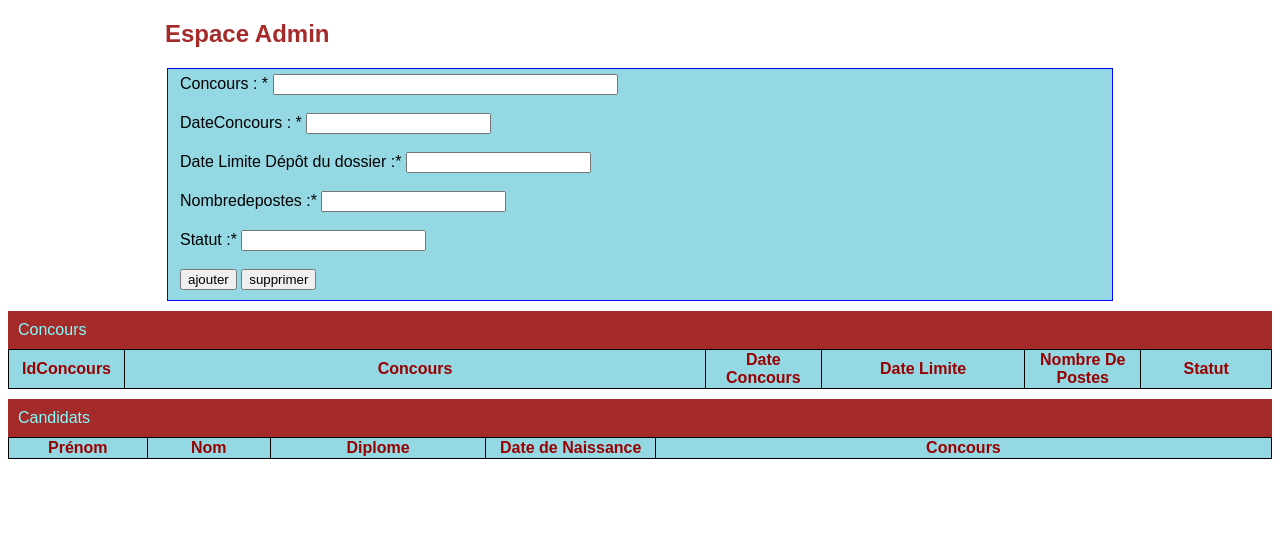
Repository: yahouari/Stage2019
Page: http://localhost/test/Gestion.jsp
The author's editor kept a copy of each file at every save. The page is drawn from the files as they stood at one save, then again after the next save.
The browser window is 1280 px wide. The pictures show the whole page.
The page is served by Tomcat 9. Other server files are loaded and not shown. Queries for data that is not in the repository find no rows.

Above is the page before, as saved 2019-07-29 09:16:22.

### test/WebContent/Gestion.jsp
<%@ page pageEncoding="UTF-8" %>
<!DOCTYPE html>
<html>
<head>
		<meta charset="utf-8" />
		<link type="text/css" rel="stylesheet" href="inc/gest.css" />
        <title> Espace Admin</title>
</head>
<body>

        <div>
            <form method="get" action="GestionServlet">
            <h2><font color="brown"> Espace Admin</font></h2>

			  <fieldset>

			  <label for="Concours">Concours : <span class="requis">*</span></label>
              <input type="text" id="Concours" name="Concours" value="" size="40" maxlength="40" />
              <br />
              <br />

              <label for="DateConcours">DateConcours : <span class="requis">*</span></label>
              <input type="text" id="dateConcours" name="dateConcours" value="" size="20" maxlength="20" />
              <br />
              <br />

              <label for="DateLimite">Date Limite Dépôt du dossier :<span class="requis">*</span></label>
              <input type="text" id="DateLimite" name="DateLimite" value="" size="20" maxlength="20" />
              <br />
              <br />

              <label for="nombredepostes">Nombredepostes :<span class="requis">*</span></label>
              <input type="text" id="nombredepostes" name="nombredepostes" value="" size="20" maxlength="20" />
              <br />
              <br />
               <label for="statut">Statut :<span class="requis">*</span></label>
              <input type="text" id="statut" name="statut" value="" size="20" maxlength="20" />
              <br />
              <br />



              <input type="submit" value="ajouter"  />
              <form>


			  <input type="submit" value="supprimer"  />
			  </fieldset>

        </div>
         <legend>Concours</legend>

    <div >



              <table >
                    <tbody>
                    <tr bgcolor="#93d8e3" >
                    <th style="width:8%">IdConcours</th>

                    <th style="width:40%">Concours</th>
                    <th style="width:8%">Date Concours</th>
                    <th style="width:14%">Date Limite</th>
		            <th style="width:8%">Nombre De Postes</th>

		            <th style="width:9%">Statut</th>

                    </tr>
                    <%@page import="java.sql.Connection"%>
					<%@page import="java.sql.DriverManager"%>
					<%@page import="java.sql.PreparedStatement"%>
					<%@page import="java.sql.ResultSet"%>
                  <%
                try {
                	Class.forName("com.mysql.jdbc.Driver");

                    Connection cn = DriverManager.getConnection("jdbc:mysql://localhost:3306/form","root","");

                    PreparedStatement statement = cn.prepareStatement("SELECT * FROM `gestion` order by idg");
                    ResultSet Rs = statement.executeQuery() ;


                    while (Rs.next()) {
            %>
            <tr class="info">
                <td><%=Rs.getString("idg")%></td>
                <td><%=Rs.getString("concours")%></td>
                <td><%=Rs.getString("dateconcours")%></td>
                <td><%=Rs.getString("datelimite")%></td>
                <td><%=Rs.getString("nombredepostes")%></td>
                <td><%=Rs.getString("Statut")%></td>

            </tr>
            <%
                    }

                } catch (Exception e) {
                    e.printStackTrace();
                }
            %>
        </table>
    </div>

    <legend>Candidats</legend>

    <div >



              <table >
                    <tbody>
                    <tr bgcolor="#93d8e3" >
                    <th style="width:9%">Prénom</th>
                    <th style="width:8%">Nom</th>
                    <th style="width:14%">Diplome</th>
		            <th style="width:11%">Date de Naissance</th>

		            <th style="width:40%">Concours</th>

                    </tr>
                    <%@page import="java.sql.Connection"%>
					<%@page import="java.sql.DriverManager"%>
					<%@page import="java.sql.PreparedStatement"%>
					<%@page import="java.sql.ResultSet"%>
                  <%
                try {
                	Class.forName("com.mysql.jdbc.Driver");

                    Connection cn = DriverManager.getConnection("jdbc:mysql://localhost:3306/form","root","");

                    PreparedStatement statement = cn.prepareStatement("select * from candidat");
                    ResultSet Rs = statement.executeQuery() ;


                    while (Rs.next()) {
            %>
            <tr class="info">
                <td><%=Rs.getString("prenom")%></td>
                <td><%=Rs.getString("nom")%></td>
                <td><%=Rs.getString("diplome")%></td>
                <td><%=Rs.getString("date_naissance")%></td>
                <td><%=Rs.getString("concours")%></td>
            </tr>
            <%
                    }

                } catch (Exception e) {
                    e.printStackTrace();
                }
            %>
        </table>














    </div>





</body>
</html>

### test/WebContent/inc/gest.css
@charset "UTF-8";
html {
  font-family: sans-serif;
}

form {
  width: 950px;
  margin: 0 auto;
}

div {
  margin-bottom: 10px;
}

fieldset {
  background: #93d8e3;
  border: 1px solid blue;
}

legend {
  padding: 10px;
  background: brown;
  color: #80ffff;
}

#otherValue
{
  display: none;
}

#other:checked ~ #otherValue
{
  display: inline-block;
}
table
{
    border-collapse: collapse;
    color: #900;

}
td, th /* Mettre une bordure sur les td ET les th */
{
    border: 1px solid black;
    color: #900;
}

After the next save:
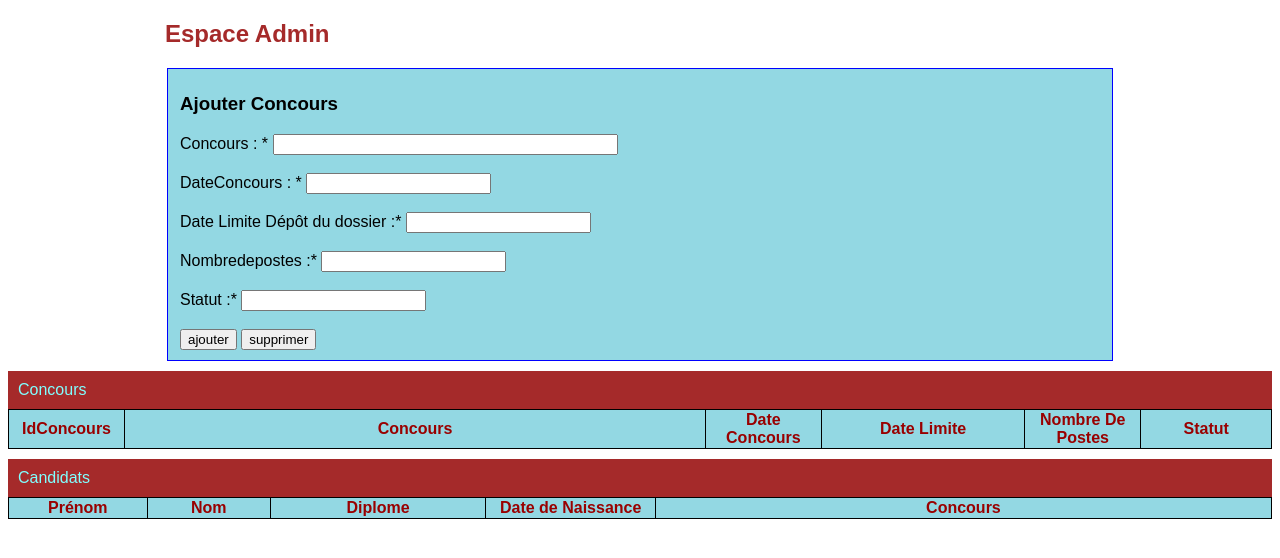
Saved 58 s later.
--- a/test/WebContent/Gestion.jsp
+++ b/test/WebContent/Gestion.jsp
@@ -13,7 +13,7 @@
             <h2><font color="brown"> Espace Admin</font></h2>
 
 			  <fieldset>
-
+			  <h3> Ajouter Concours</h3>
 			  <label for="Concours">Concours : <span class="requis">*</span></label>
               <input type="text" id="Concours" name="Concours" value="" size="40" maxlength="40" />
               <br />
